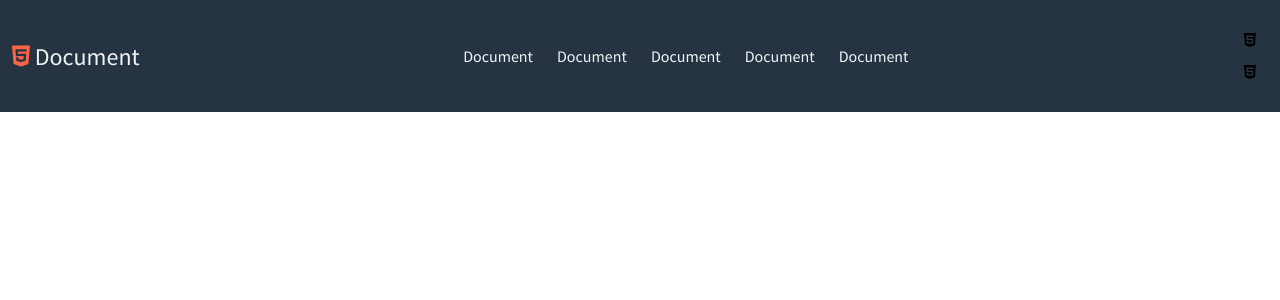
Repository: GoodHoneyCake/Dream_Coding_Academy2
Page: index.html
The author's editor kept a copy of each file at every save. The page is drawn from the files as they stood at one save, then again after the next save.
The browser window is 1280 px wide. The pictures show the whole page.
Some web libraries are served in a nearby version.

Above is the page before, as saved 2021-01-07 16:53:23.

### index.html
<!DOCTYPE html>
<html lang="en">
  <head>
    <meta charset="UTF-8" />
    <meta name="viewport" content="width=device-width, initial-scale=1.0" />
    <link rel="stylesheet" href="style.css" />
    <link rel="preconnect" href="https://fonts.gstatic.com" />
    <link
      href="https://fonts.googleapis.com/css2?family=Source+Sans+Pro&display=swap"
      rel="stylesheet"
    />
    <script
      src="https://kit.fontawesome.com/c90a48a564.js"
      crossorigin="anonymous"
    ></script>
    <script defer src="main.js"></script>
    <title>Document</title>
  </head>
  <body>
    <nav class="navbar">
      <div class="navbar__logo">
        <i class="fab fa-html5"></i>
        <a href="#">Document</a>
      </div>
      <ul class="navbar__menu">
        <li><a href="#">Document</a></li>
        <li><a href="#">Document</a></li>
        <li><a href="#">Document</a></li>
        <li><a href="#">Document</a></li>
        <li><a href="#">Document</a></li>
      </ul>
      <ul class="navbar__icons">
        <li><i class="fab fa-html5"></i></li>
        <li><i class="fab fa-html5"></i></li>
      </ul>
      <a href="#" class="navbar__toggleBtn">
        <i class="fas fa-hamburger"></i>
      </a>
    </nav>
  </body>
</html>

### style.css
:root {
  --text-color: #f0f4f5;
  --background-color: #263343;
  --accent-color: #ff6347;
}

body {
  margin: 0;
  font-family: "Source Sans Pro", sans-serif;
}

a {
  text-decoration: none;
  color: var(--text-color);
}

.navbar {
  display: flex;
  justify-content: space-between;
  align-items: center;
  background-color: var(--background-color);
  padding: 8px 12px;
}

.navbar__logo {
  font-size: 24px;
  color: var(--text-color)
}

.navbar__logo i {
  color: var(--accent-color);
}

.navbar__menu {
  display: flex;
  list-style: none;
  padding-left: 0;
}

.navbar__menu li {
  padding: 8px 12px;
}

.navbar__menu li:hover {
  background-color: var(--accent-color);
  border-radius: 4px;
}

.navbar__icons {
  list-style: none;
  color: var(--text-color)
  display: flex;
  padding-left: 0;
}

.navbar__icons i {
  padding: 8px 12px;
}

.navbar__toggleBtn {
  display: none;
  position: absolute;
  right: 32px;
  font-size: 24px;
  color: var(--accent-color)
}

@media screen and (max-width: 768px) {
  .navbar {
    flex-direction: column;
    align-items: flex-start;
    padding: 8px 24px;
  }

  .navbar__menu {
    display: none;
    flex-direction: column;
    align-items: center;
    width: 100%;
  }

  .navbar__menu li {
    width: 100%;
    text-align: center;
  }

  .navbar__icons {
    display: none;
    justify-content: center;
    width: 100%;
  }

  .navbar__toggleBtn {
    display: block;
  }

  .navbar__menu.active,
  .navbar__icons.active {
    display: flex;
  }
}

### main.js
const toggleBtn = document.querySelector(".navbar__toggleBtn");
const menu = document.querySelector(".navbar__menu");
const icons = document.querySelector(".navbar__icons");

toggleBtn.addEventListener("click", () => {
  menu.classList.toggle("active");
  icons.classList.toggle("active");
});

After the next save:
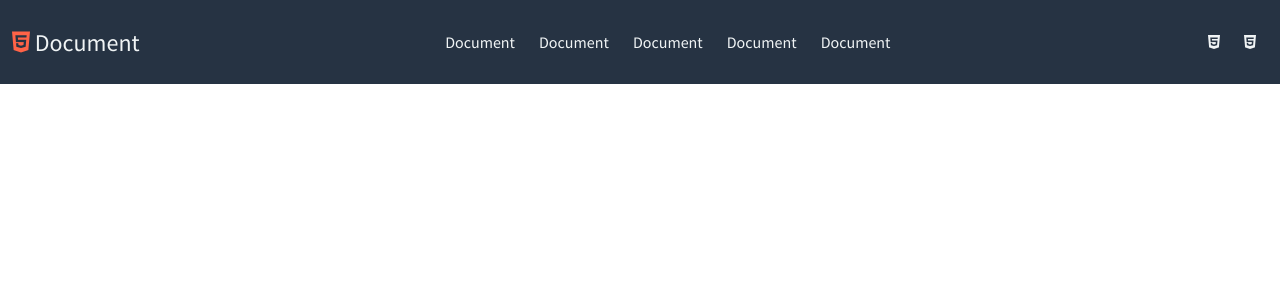
Saved 32 s later.
--- a/style.css
+++ b/style.css
@@ -24,7 +24,7 @@ a {
 
 .navbar__logo {
   font-size: 24px;
-  color: var(--text-color)
+  color: var(--text-color);
 }
 
 .navbar__logo i {
@@ -48,7 +48,7 @@ a {
 
 .navbar__icons {
   list-style: none;
-  color: var(--text-color)
+  color: var(--text-color);
   display: flex;
   padding-left: 0;
 }
@@ -62,7 +62,7 @@ a {
   position: absolute;
   right: 32px;
   font-size: 24px;
-  color: var(--accent-color)
+  color: var(--accent-color);
 }
 
 @media screen and (max-width: 768px) {
